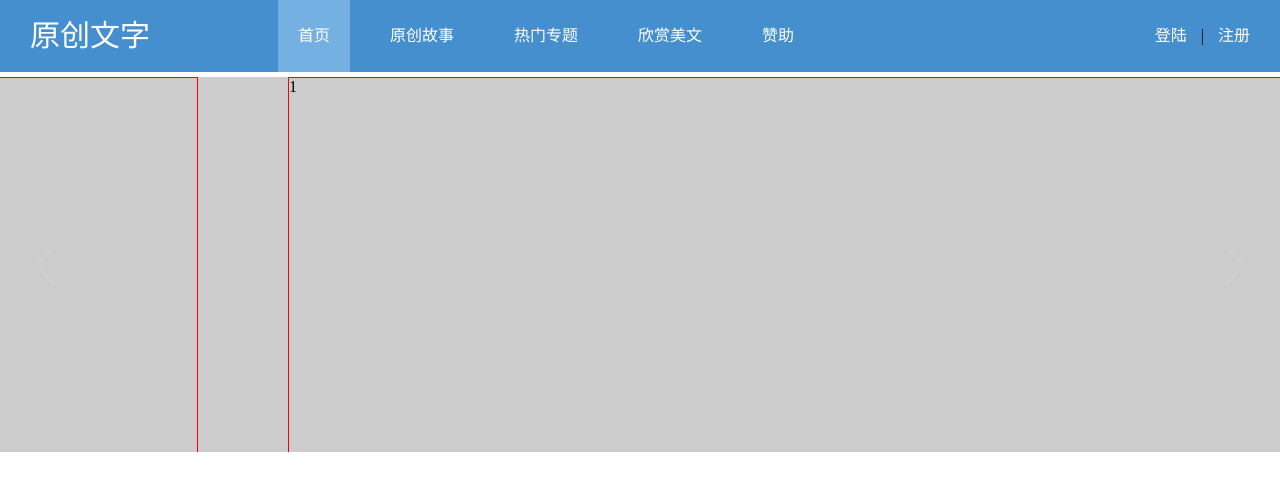
Repository: equation-zheng/Article
Page: http://localhost/Idles/
These files come from the project's save history. The page is drawn as it stood at one moment and after the next save; the edit follows.
The browser window is 1280 px wide. The pictures show the whole page.
Some web libraries are served in a nearby version. The page is served by Tomcat 9.

Above is the page before, as saved 2017-12-06 03:01:34.

After the next save:
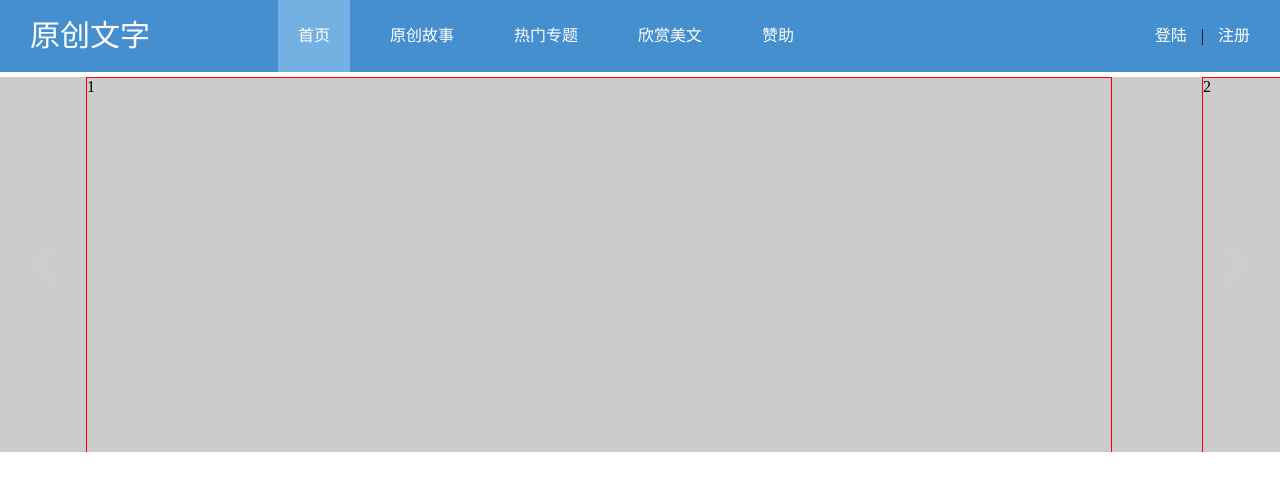
Saved 34 s later.
--- a/Service/apache-tomcat-7.0.82/Idles/WebContent/index.jsp
+++ b/Service/apache-tomcat-7.0.82/Idles/WebContent/index.jsp
@@ -70,11 +70,11 @@
 		height: 380px;
 		width: 5120px;
 		border: solid 5px #fff;
-		margin-left: -1024px;
+		margin-left: -1125px;
 	}
 	.banner ul li {
 		height: 380px;
-		width: 1125px;
+		width: 1024px;
 		border: solid 1px red;
 		margin-left: 90px;
 		float: left;
